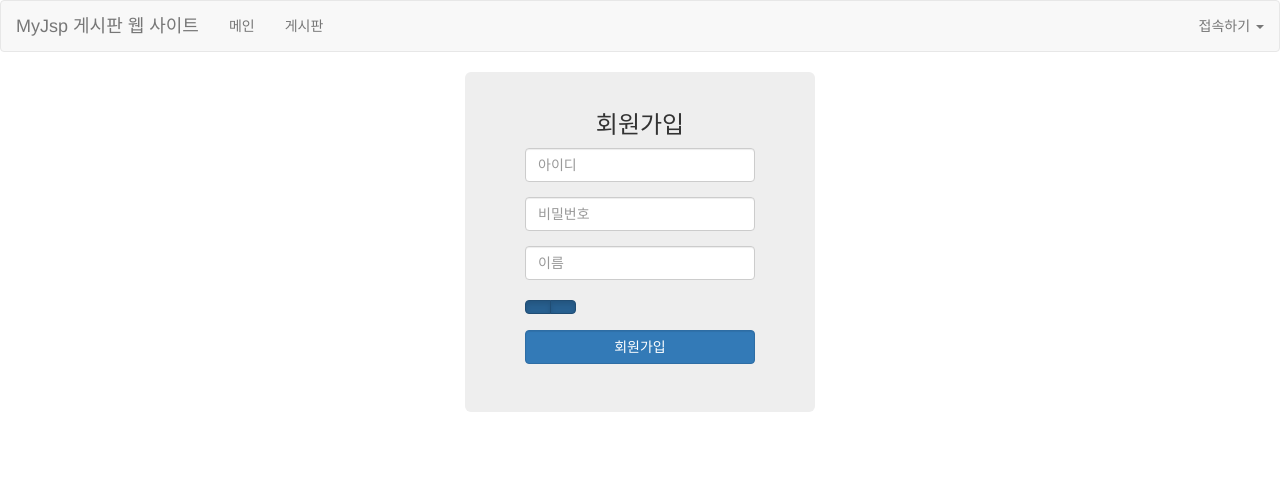
Repository: Ji3un/JspBoard
Page: http://localhost/BBS/join.jsp
These files come from the project's save history. The page is drawn as it stood at one moment and after the next save; the edit follows.
The browser window is 1280 px wide. The pictures show the whole page.
Some web libraries are served in a nearby version. The page is served by Tomcat 9.

Above is the page before, as saved 2017-10-03 11:48:58.

After the next save:
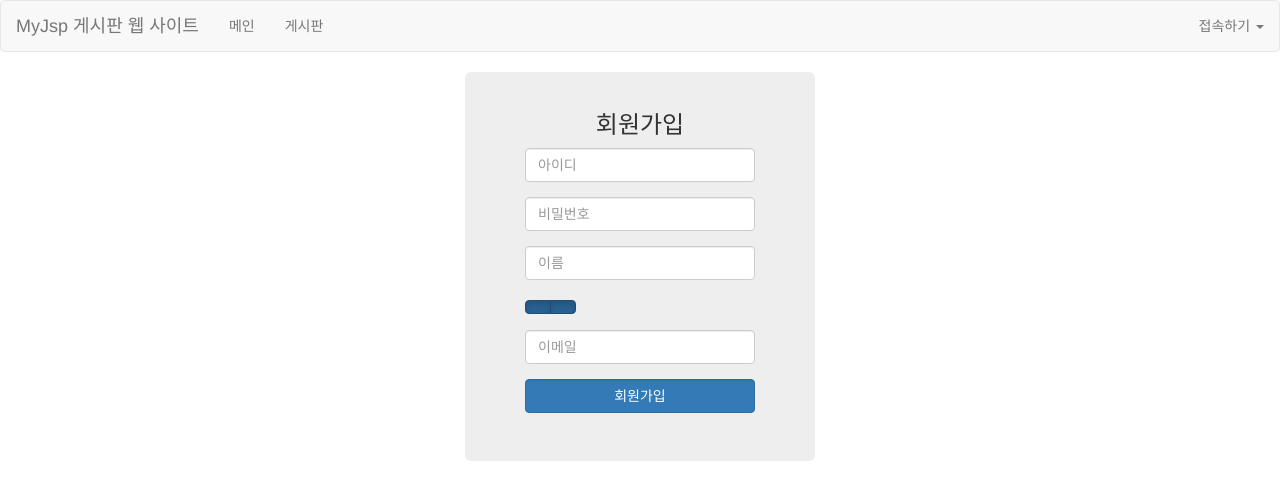
Saved 58 s later.
--- a/BBS/WebContent/join.jsp
+++ b/BBS/WebContent/join.jsp
@@ -65,7 +65,10 @@
 							</label>
 						</div>
 					</div>
-
+					<div class="form-group">
+						<input type="email" class="form-control" placeholder="이메일"
+							name="userEmail" maxlength="20">
+					</div>
 					<input type="submit" class="btn btn-primary form-control"
 						value="회원가입">
 				</form>
